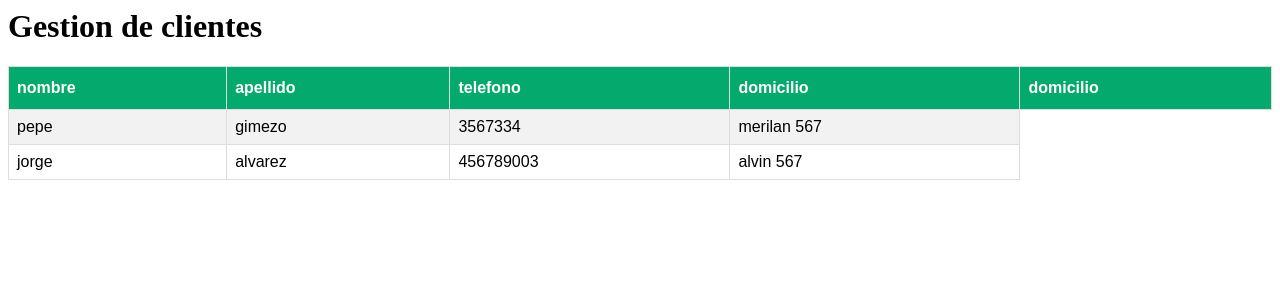
Repository: geraldine-ventura/Practicando.net
Page: index 2.html
The author's editor kept a copy of each file at every save. The page is drawn from the files as they stood at one save, then again after the next save.
The browser window is 1280 px wide. The pictures show the whole page.

Above is the page before, as saved 2022-12-20 11:10:37.

### index 2.html
<h1>Gestion de clientes</h1>
<table id= "customers">
    <tr>
        <th>nombre</th>
        <th>apellido</th>
        <th>telefono</th>
        <th>domicilio</th>
        <th>domicilio</th>
    </tr>
    <tr>
        <td>pepe</td>
        <td>gimezo</td>
        <td>3567334</td>
        <td>merilan 567</td>
    </tr>
    <tr>
        <td>jorge</td>
        <td>alvarez</td>
        <td>456789003</td>
        <td>alvin 567</td>
    </tr>
</table>

<style>
    #customers {
      font-family: Arial, Helvetica, sans-serif;
      border-collapse: collapse;
      width: 100%;
    }

    #customers td, #customers th {
      border: 1px solid #ddd;
      padding: 8px;
    }

    #customers tr:nth-child(even){background-color: #f2f2f2;}

    #customers tr:hover {background-color: #ddd;}

    #customers th {
      padding-top: 12px;
      padding-bottom: 12px;
      text-align: left;
      background-color: #04AA6D;
      color: white;
    }
    </style>

After the next save:
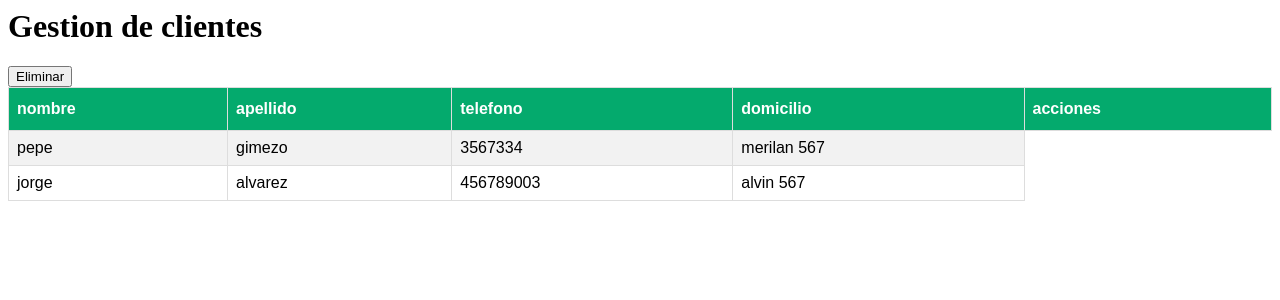
Saved 47 s later.
--- a/index 2.html
+++ b/index 2.html
@@ -5,13 +5,14 @@
         <th>apellido</th>
         <th>telefono</th>
         <th>domicilio</th>
-        <th>domicilio</th>
+        <th>acciones</th>
     </tr>
     <tr>
         <td>pepe</td>
         <td>gimezo</td>
         <td>3567334</td>
         <td>merilan 567</td>
+        <button>Eliminar</button>
     </tr>
     <tr>
         <td>jorge</td>
